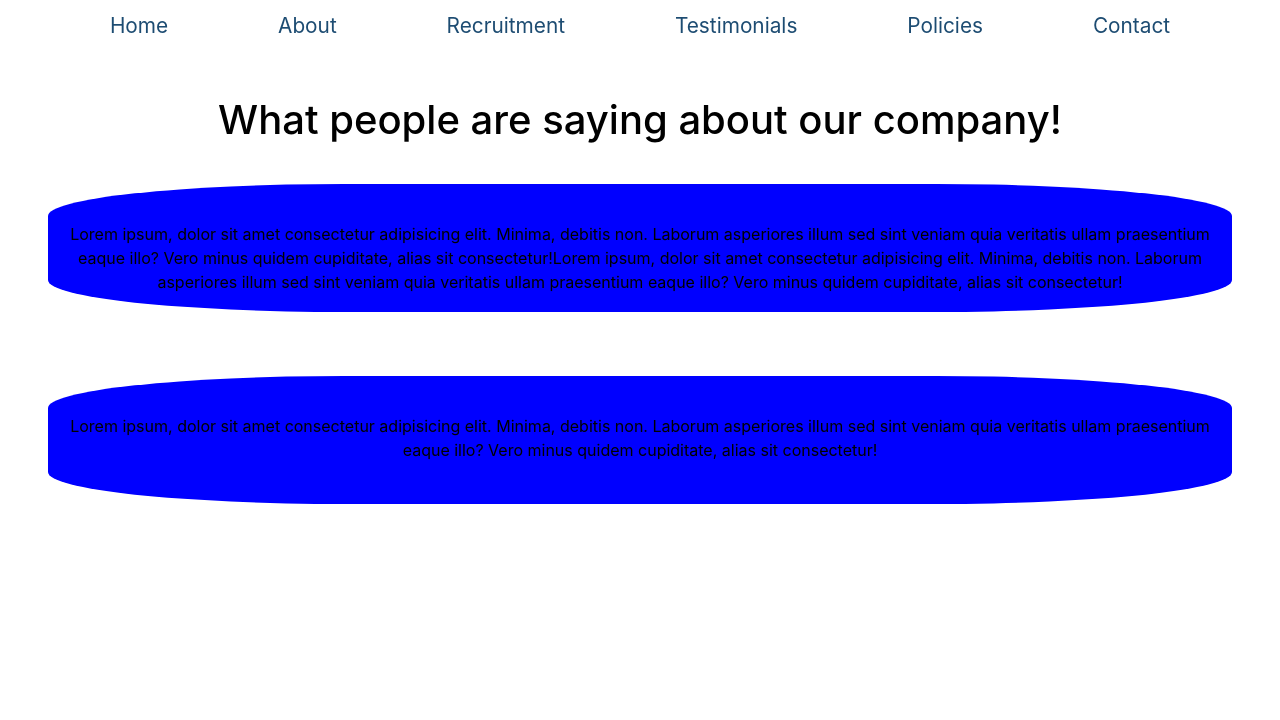
Repository: cerebrium/website
Page: /testimonials
An editor plug-in stored every save of this project. The page is shown before and after a run of saves, followed by the edit.
The browser window is 1280 px wide. The pictures show the whole page.
The project was rebuilt for these pictures with package versions that can differ from the ones it lists, and the page was loaded fresh each time. Also part of the build but not shown: src/Routes/About.jsx, src/Routes/Recruitment.jsx, src/Routes/Policies.jsx, src/Routes/Home.jsx, src/Routes/Contact.jsx.

Above is the page before, as saved 2019-11-02 13:59:27.

### src/App.jsx
import React from 'react';
import './styles/App.css'
import {
  BrowserRouter as Router,
  Route,
  Link
} from 'react-router-dom';
import About from './Routes/About'
import Recruitment from './Routes/Recruitment'
import Testimonials from './Routes/Testimonials'
import Policies from './Routes/Policies'
import Home from './Routes/Home'
import Contact from './Routes/Contact'

class App extends React.Component {
  render () {
    return (
      <Router>
        <div className='mainContainer'>
          <div className='navContainer'>
            <div><Link to='/' className='nav'>Home</Link></div><div><Link to='/about' className='nav'>About</Link></div><div><Link to='/recruitment' className='nav'>Recruitment</Link></div><div><Link to='/testimonials' className='nav'>Testimonials</Link></div><div><Link to='/policies' className='nav'>Policies</Link></div><div><Link to='/contact'className='nav'>Contact</Link></div>
          </div>
          <Route exact path='/' component={Home}/>
          <Route exact path='/about' component={About}/>
          <Route exact path='/recruitment' component={Recruitment}/>
          <Route exact path='/testimonials' component={Testimonials}/>
          <Route exact path='/policies' component={Policies}/>
          <Route exact path='/contact' component={Contact}/>
        </div>
      </Router>
    )
  }
}

export default App;

### src/styles/App.css

/***************************** MAIN APP STYLING ******************************/

.App {
  text-align: center;
}

.mainContainer {
  min-width: 100vw;
}

.navContainer {
  z-index: 1;
  display: flex;
  flex-flow: row;
  align-items: center;
  justify-content: space-evenly;
  position: fixed; /* Make it stick, even on scroll */
  width: 100%;
  margin: 0;
  padding: 0;
  height: 7%;
  background: white;
}

.nav {
  text-decoration: none;
  color: rgb(29, 76, 114);
  font-size: 1.3em;
}

/***************************** HOME APP STYLING ******************************/
.rowCentering {
  display: flex;
  justify-content: center;
  width: 100%;
  height: 100%;
}

.contentCentering {
  display: flex;
  align-items: flex-start;
  flex-flow: column;
  border: 5em;
  padding: 2em;
  /* margin: 5em; */
  width: 100%;
}

.contentBackground {
  height: 50vh;
  text-align: center;
  position: relative;
  width: 100%;
  background-image: url('./slideTwo.jpg');
  background-size: auto;
  margin: 2em 0em;
}

.pictureBackground {
  height: 50vh;
  text-align: center;
  position: relative;
  width: 100%;
  background-image: url('./slideOne.jpg');
  background-size: cover;
  margin: 4em 0em;
}

.bottomContent {
  color: black;
}

p{
  color: black;
}

textarea{
  position: relative;
  text-align: center;
  width: 95vw;
}

h1 {
  color: black;
  position: relative;
  text-align: center;
  width: 100%;
}

/***************************** testimonials APP STYLING ******************************/

.contentStyle {
  margin: 4em 0em;
}

.commentStyle {
  text-align: center;
  position: relative;
  top: 30%;
}

.commentContainer {
  margin: 2em 1em;
  background: blue;
  border-radius: 25%;
  height: 8em;
}

/***************************** testimonials APP STYLING ******************************/
.submitButton {
  position: relative;
  left: 42vw;
}

### src/Routes/Testimonials.jsx
import React from 'react';

class Testimonials extends React.Component {
    render () {
        return (
            <div className='mainContainer'>
                <div className='rowCentering'>
                    <div className='contentCentering contentStyle'>
                        <h1>What people are saying about our company!</h1>
                        <div className='commentContainer'>
                            <p className='commentStyle'>Lorem ipsum, dolor sit amet consectetur adipisicing elit. Minima, debitis non. Laborum asperiores illum sed sint veniam quia veritatis ullam praesentium eaque illo? Vero minus quidem cupiditate, alias sit consectetur!Lorem ipsum, dolor sit amet consectetur adipisicing elit. Minima, debitis non. Laborum asperiores illum sed sint veniam quia veritatis ullam praesentium eaque illo? Vero minus quidem cupiditate, alias sit consectetur!</p>
                        </div>
                        <div className='commentContainer'>
                            <p className='commentStyle'>Lorem ipsum, dolor sit amet consectetur adipisicing elit. Minima, debitis non. Laborum asperiores illum sed sint veniam quia veritatis ullam praesentium eaque illo? Vero minus quidem cupiditate, alias sit consectetur!</p>
                        </div>
                    </div>
                </div>
            </div>
        )
    }
}

export default Testimonials;

Loaded but not shown: public/index.html (common file); src/index.js (common file); src/index.css (common file); src/serviceWorker.js (common file)

After the next 2 saves:
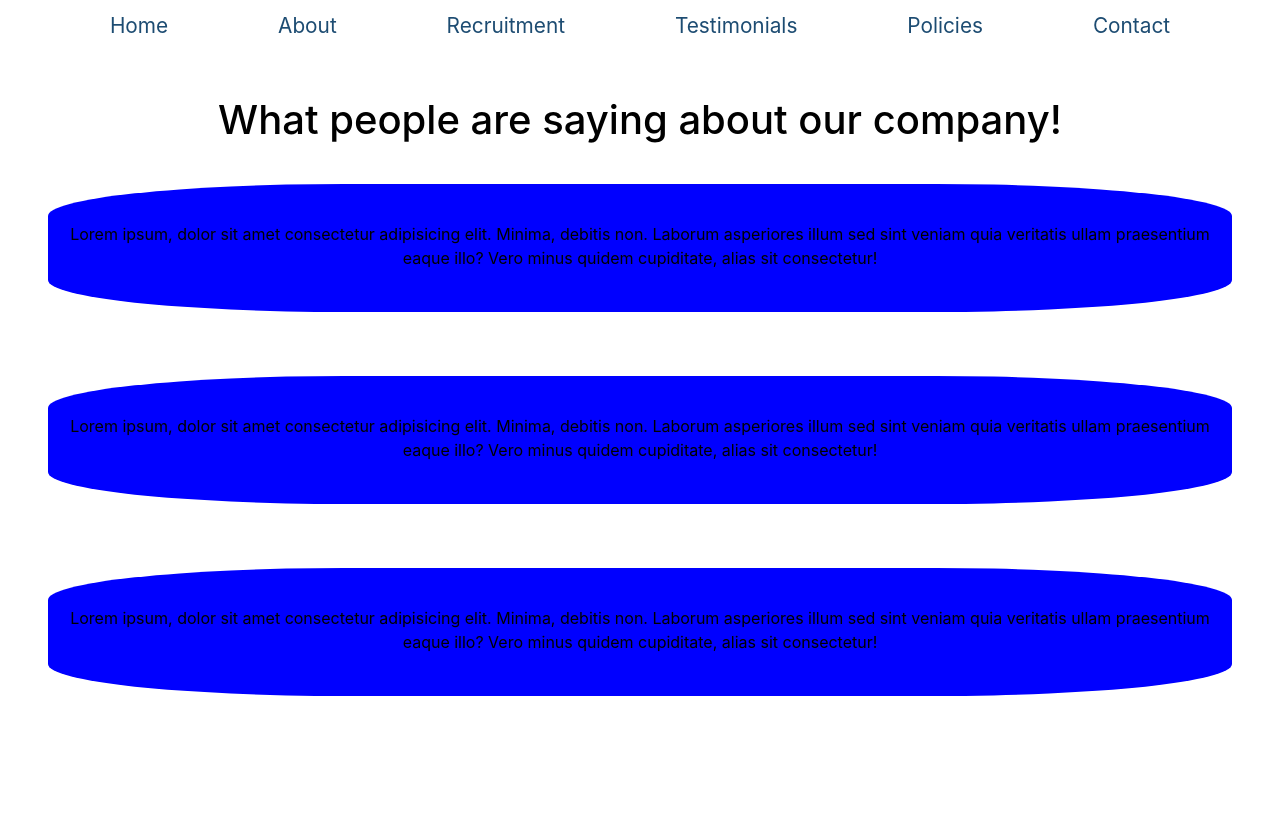
The 2 saves are shown as one change because they came seconds apart.
The last was saved 71 s later.
--- a/src/Routes/Testimonials.jsx
+++ b/src/Routes/Testimonials.jsx
@@ -8,7 +8,10 @@
                     <div className='contentCentering contentStyle'>
                         <h1>What people are saying about our company!</h1>
                         <div className='commentContainer'>
-                            <p className='commentStyle'>Lorem ipsum, dolor sit amet consectetur adipisicing elit. Minima, debitis non. Laborum asperiores illum sed sint veniam quia veritatis ullam praesentium eaque illo? Vero minus quidem cupiditate, alias sit consectetur!Lorem ipsum, dolor sit amet consectetur adipisicing elit. Minima, debitis non. Laborum asperiores illum sed sint veniam quia veritatis ullam praesentium eaque illo? Vero minus quidem cupiditate, alias sit consectetur!</p>
+                            <p className='commentStyle'>Lorem ipsum, dolor sit amet consectetur adipisicing elit. Minima, debitis non. Laborum asperiores illum sed sint veniam quia veritatis ullam praesentium eaque illo? Vero minus quidem cupiditate, alias sit consectetur!</p>
+                        </div>
+                        <div className='commentContainer'>
+                            <p className='commentStyle'>Lorem ipsum, dolor sit amet consectetur adipisicing elit. Minima, debitis non. Laborum asperiores illum sed sint veniam quia veritatis ullam praesentium eaque illo? Vero minus quidem cupiditate, alias sit consectetur!</p>
                         </div>
                         <div className='commentContainer'>
                             <p className='commentStyle'>Lorem ipsum, dolor sit amet consectetur adipisicing elit. Minima, debitis non. Laborum asperiores illum sed sint veniam quia veritatis ullam praesentium eaque illo? Vero minus quidem cupiditate, alias sit consectetur!</p>
